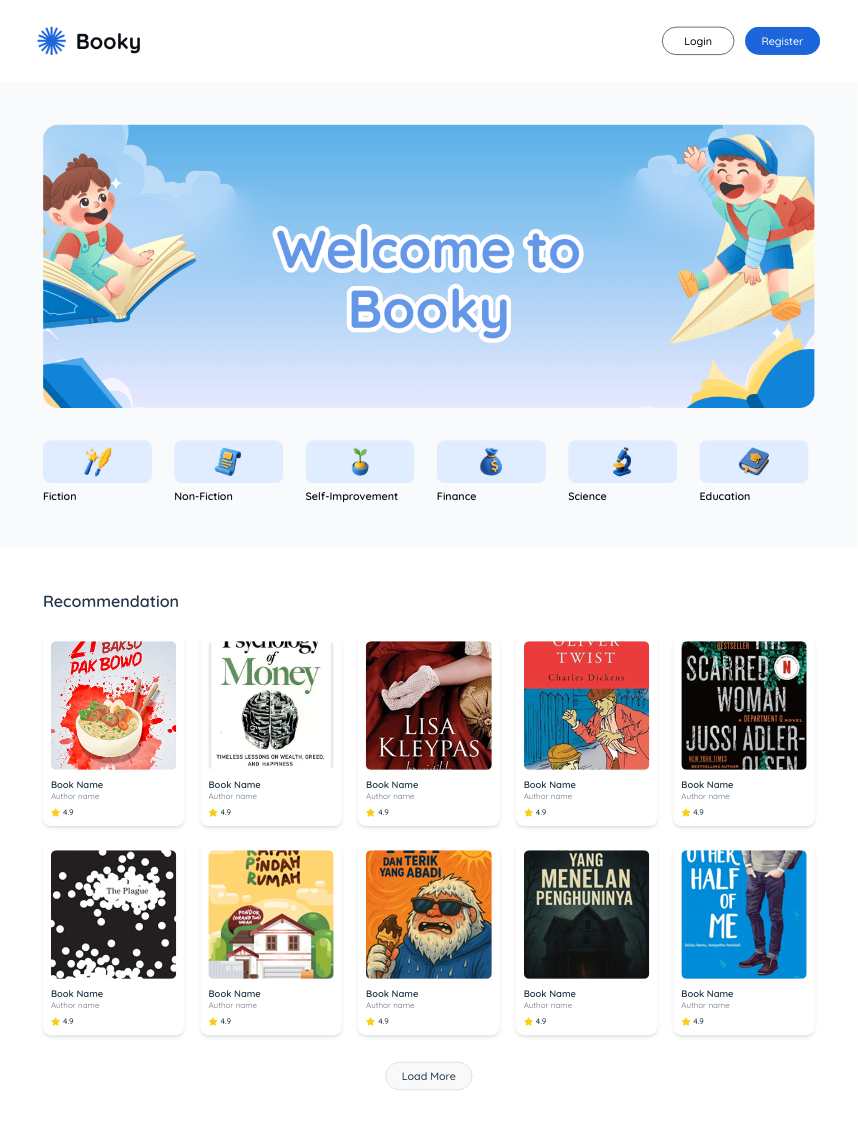
Repository: faridsyafaat/library-app
Page: /
An editor plug-in stored every save of this project. The page is shown before and after the next save, followed by the edit.
The browser window is 1280 px wide. The pictures show the whole page, at 67% of full size.
The project was rebuilt for these pictures with package versions that can differ from the ones it lists, and the page was loaded fresh each time. Also part of the build but not shown: vite.config.ts, src/pages/Login.tsx, src/pages/Register.tsx.

Above is the page before, as saved 2025-11-24 20:12:09.

### index.html
<!doctype html>
<html lang="en">
  <head>
    <meta charset="UTF-8" />
    <link rel="icon" type="image/svg+xml" href="/vite.svg" />
    <meta name="viewport" content="width=device-width, initial-scale=1.0" />
    <title>library-app</title>
  </head>
  <body>
    <div id="root"></div>
    <script type="module" src="/src/main.tsx"></script>
  </body>
</html>

### src/index.css
@import url('https://fonts.googleapis.com/css2?family=Quicksand:wght@300;400;500;600;700&display=swap');
@tailwind base;
@tailwind components;
@tailwind utilities;

:root {
  font-family: system-ui, Avenir, Helvetica, Arial, sans-serif;
  line-height: 1.5;
  font-weight: 400;
  font-synthesis: none;
  text-rendering: optimizeLegibility;
  -webkit-font-smoothing: antialiased;
  -moz-osx-font-smoothing: grayscale;
}

a {
  font-weight: 500;
  color: #646cff;
  text-decoration: inherit;
}
a:hover {
  color: #535bf2;
}

body {
  margin: 0;
  min-height: 100vh;
  }

h1 {
  font-size: 3.2em;
  line-height: 1.1;
}

button {
  border-radius: 8px;
  border: 1px solid transparent;
  padding: 0.6em 1.2em;
  font-size: 1em;
  font-weight: 500;
  font-family: inherit;
  background-color: #1a1a1a;
  cursor: pointer;
  transition: border-color 0.25s;
}
button:hover {
  border-color: #646cff;
}
button:focus,
button:focus-visible {
  outline: 4px auto -webkit-focus-ring-color;
}

@media (prefers-color-scheme: light) {
  :root {
    color: #213547;
    background-color: #ffffff;
  }
  a:hover {
    color: #747bff;
  }
  button {
    background-color: #f9f9f9;
  }
}

.container-custom {
  max-width: 1200px;
  margin-left: auto;
  margin-right: auto;
  padding-left: 1rem;
  padding-right: 1rem;
}

@layer base {
  body {
    @apply font-quicksand;
  }
}

### src/App.tsx
import { BrowserRouter as Router, Routes, Route, } from "react-router-dom";
import HomeBefore from "./pages/HomeBefore";
import Login from "./pages/Login";
import Register from "./pages/Register";


function App() {


  return (
    <Router>
      <Routes>
        <Route path="/" element={<HomeBefore />} />
        <Route path="/login" element={<Login />} />
        <Route path="/register" element={<Register />} />

      </Routes>
    </Router>
  );
}

export default App;

### src/pages/HomeBefore.tsx
import NavbarBefore from "@/components/layout/NavbarBefore";
import HeroSection from "@/components/sections/HeroSection";
import RecommendationSection from "@/components/sections/RecommendationSection";

export default function HomeBefore() {
  return (
    <div>
      <NavbarBefore />
      <HeroSection />
      <RecommendationSection />

    </div>
  );
}

### src/components/layout/NavbarBefore.tsx
import Button from "@/components/ui/Button";
import { useNavigate } from "react-router-dom";

export default function NavbarBefore() {
  const navigate = useNavigate();

  return (
    <nav className="sticky top-0 z-50 bg-white">
      <div className="container mx-auto flex justify-between items-center py-10 px-4">
        {/* Logo */}
        <div className="flex items-left gap-2">
          <img src="/icon/booky.png" alt="Booky Logo" className="w-[155px] h-[42px]" />
        </div>

        {/* Buttons */}
        <div className="flex gap-4">
          <Button
            variant="outline"
            className="bg-white text-black border border-neutral-800 px-8 py-2"
            onClick={() => navigate("/login")}
          >
            Login
          </Button>
          <Button
            variant="default"
            className="px-10 py-2"
            onClick={() => navigate("/register")}
          >
            Register
          </Button>
        </div> {/* Tutup div buttons */}
      </div> {/* Tutup div container */}
    </nav>
  );
}

### src/components/sections/HeroSection.tsx

const bookCategories = [
  { name: "Fiction", img: "/image/hero1.png" },
  { name: "Non-Fiction", img: "/image/hero2.png" },
  { name: "Self-Improvement", img: "/image/hero3.png" },
  { name: "Finance", img: "/image/hero4.png" },
  { name: "Science", img: "/image/hero5.png" },
  { name: "Education", img: "/image/hero6.png" },
];

export default function HeroSection() {
  return (
    <section className="bg-gray-50 py-16">
      <div className="container mx-auto px-6">
        {/* Hero Image */}
        <div className="w-full">
          <img
            src="/image/herosection.png"
            alt="Hero Background"
            className="w-full h-auto rounded-xl"
          />
        </div>

        {/* Jenis Buku */}
       <div className="mt-12 grid grid-cols-3 sm:grid-cols-3 md:grid-cols-6 gap-6">
  {bookCategories.map((book) => (
    <div
      key={book.name}
      className="flex flex-col items-start cursor-pointer hover:scale-105 transition-transform"
    >
      <img
        src={book.img}
        alt={book.name}
        className="w-[162.67px] h-[64px] object-cover rounded-lg mb-2"
      />
      <span className="text-[#0A0D12] font-semibold">{book.name}</span>
    </div>
  ))}
</div>

      </div>
    </section>
  );
}

### src/components/sections/RecommendationSection.tsx
import { Star } from "lucide-react";

const books = [
  {
    title: "Book Name",
    author: "Author name",
    rating: 4.9,
    img: "/image/book1.png",
  },
  {
    title: "Book Name",
    author: "Author name",
    rating: 4.9,
    img: "/image/book2.png",
  },
  {
    title: "Book Name",
    author: "Author name",
    rating: 4.9,
    img: "/image/book3.png",
  },
  {
    title: "Book Name",
    author: "Author name",
    rating: 4.9,
    img: "/image/book4.png",
  },
  {
    title: "Book Name",
    author: "Author name",
    rating: 4.9,
    img: "/image/book5.png",
  },
  {
    title: "Book Name",
    author: "Author name",
    rating: 4.9,
    img: "/image/book6.png",
  },
  {
    title: "Book Name",
    author: "Author name",
    rating: 4.9,
    img: "/image/book7.png",
  },
  {
    title: "Book Name",
    author: "Author name",
    rating: 4.9,
    img: "/image/book8.png",
  },
  {
    title: "Book Name",
    author: "Author name",
    rating: 4.9,
    img: "/image/book9.png",
  },
  {
    title: "Book Name",
    author: "Author name",
    rating: 4.9,
    img: "/image/book10.png",
  },
];

export default function RecommendationSection() {
  return (
    <section className="py-16 bg-white">
      <div className="container mx-auto px-6">

        {/* Title */}
        <h2 className="text-2xl font-semibold mb-8">Recommendation</h2>

        {/* Grid Books */}
        <div className="grid grid-cols-2 sm:grid-cols-3 md:grid-cols-5 gap-6">
          {books.map((book, index) => (
            <div
              key={index}
              className="bg-white shadow-md rounded-xl p-3 hover:shadow-lg transition cursor-pointer"
            >
              <img
                src={book.img}
                alt={book.title}
                className="w-full h-48 object-cover rounded-lg"
              />

              <h3 className="mt-3 text-sm font-semibold">{book.title}</h3>
              <p className="text-xs text-gray-500">{book.author}</p>

              <div className="flex items-center gap-1 mt-2">
                <Star size={14} fill="#FACC15" color="#FACC15" />
                <span className="text-xs font-medium">{book.rating}</span>
              </div>
            </div>
          ))}
        </div>

        {/* Load More Button */}
        <div className="flex justify-center mt-10">
          <button className="px-6 py-2 rounded-full border border-gray-300 hover:bg-gray-100 transition">
            Load More
          </button>
        </div>
      </div>
    </section>
  );
}

### src/components/ui/Button.tsx
import React from "react";
import clsx from "clsx";

interface ButtonProps extends React.ButtonHTMLAttributes<HTMLButtonElement> {
  variant?: "default" | "outline" | "short";
  size?: "sm" | "md" | "lg";
}

const Button: React.FC<ButtonProps> = ({
  variant = "default",
  className,
  children,
  ...props
}) => {
  const baseStyle = "inline-flex items-center justify-center font-medium focus:outline-none rounded-full disabled:opacity-50 disabled:pointer-events-none";

  const variants: Record<string, string> = {
    default: "bg-[#1C65DA] text-white px-6 py-2 hover:bg-blue-600",
    outline: "border border-gray-800 text-black bg-white px-6 py-2 hover:bg-gray-100",
    short: "px-4 py-2 rounded-md text-sm",
  };

  return (
    <button className={clsx(baseStyle, variants[variant], className)} {...props}>
      {children}
    </button>
  );
};

export default Button;

### tailwind.config.js
/** @type {import('tailwindcss').Config} */
module.exports = {
  content: [
    "./index.html",
    "./src/**/*.{js,ts,jsx,tsx}",
  ],
  theme: {
    extend: {
      fontFamily: {
        quicksand: ["Quicksand", "sans-serif"],
      },
    },
    container: {
      center: true,
      padding: '1rem',
      screens: {
        sm: "640px",
        md: "768px",
        lg: "1200px", // container lg = 1200px
        xl: "1200px",
        "2xl": "1200px"
      }
    }
  },
  plugins: [],
};

Loaded but not shown: src/main.tsx (common file)

After the next save:
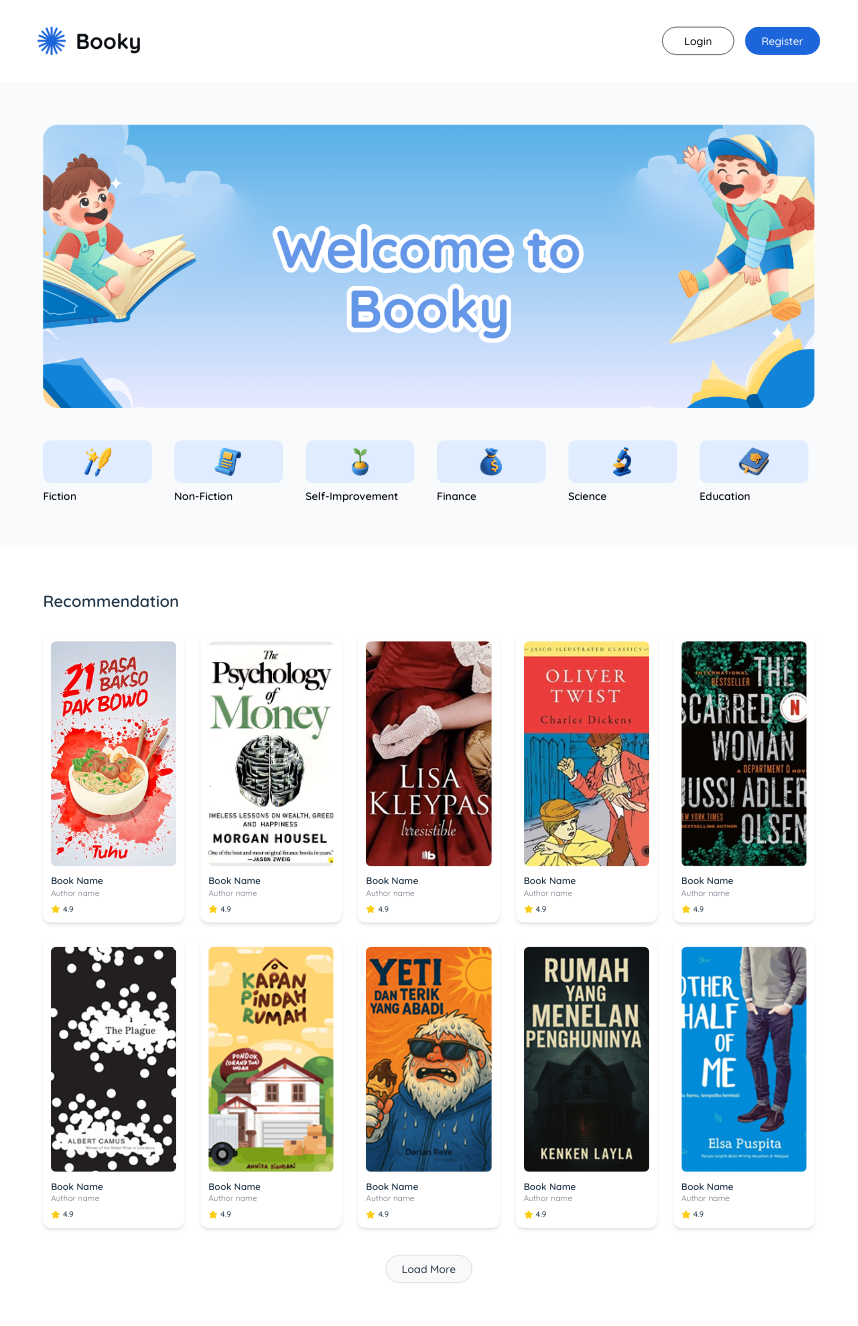
Saved 98 s later.
--- a/src/components/sections/RecommendationSection.tsx
+++ b/src/components/sections/RecommendationSection.tsx
@@ -81,7 +81,7 @@
               <img
                 src={book.img}
                 alt={book.title}
-                className="w-full h-48 object-cover rounded-lg"
+                className="w-full h-[336px] w-[224] object-cover rounded-lg"
               />
 
               <h3 className="mt-3 text-sm font-semibold">{book.title}</h3>
